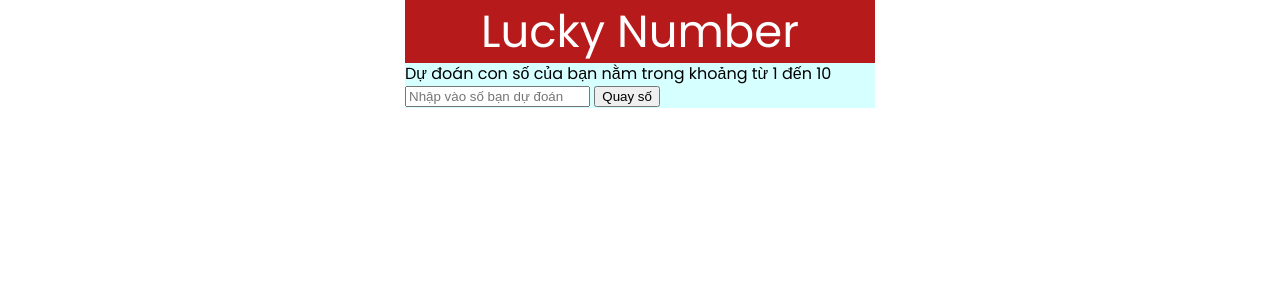
Repository: whis16720/PhuNguyen-C4EJS-D15
Page: index.html
These files come from the project's save history. The page is drawn as it stood at one moment and after the next save; the edit follows.
The browser window is 1280 px wide. The pictures show the whole page.
The style sheet was rebuilt from its Sass, Less or Tailwind sources for each picture, by a compiler version that may differ from the author's.

Above is the page before, as saved 2020-09-22 19:37:21.

After the next save:
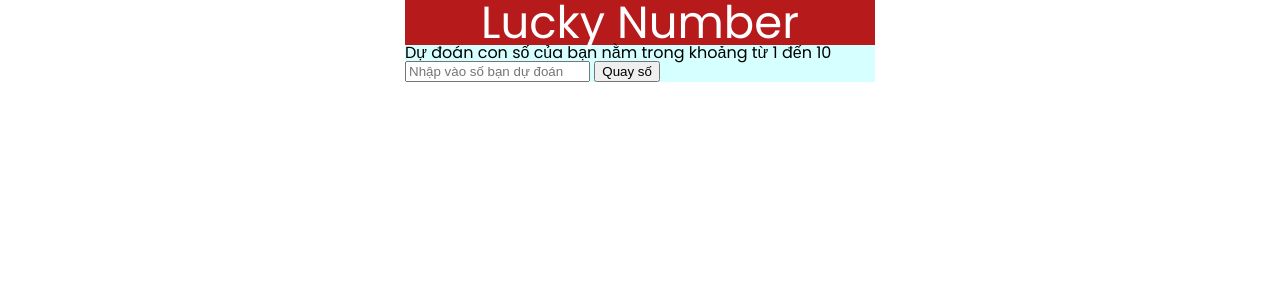
Saved 22 s later.
--- a/style.scss
+++ b/style.scss
@@ -1,6 +1,5 @@
 .game {
 	font-family: "Poppins", sans-serif;
-	line-height: 1.4;
 	width: 470px;
 	margin: auto;
 	background-color: #d6ffff;
